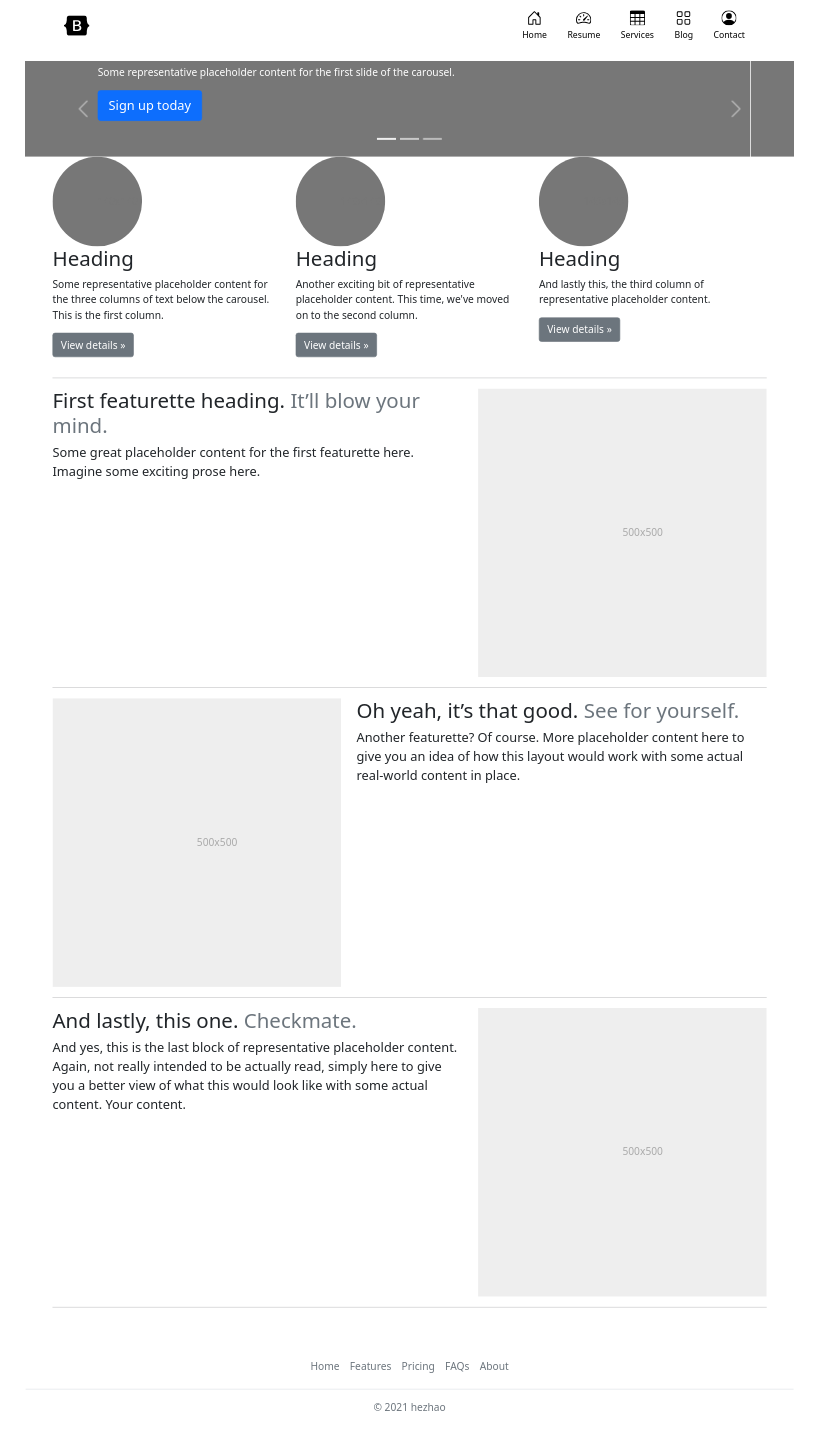
Repository: HeZhao-hugh/personal-web
Page: index.html
These files come from the project's save history. The page is drawn as it stood at one moment and after the next save; the edit follows.
The browser window is 1280 px wide. The pictures show the whole page, at 64% of full size.

Above is the page before, as saved 2022-01-19 18:09:02.

After the next save:
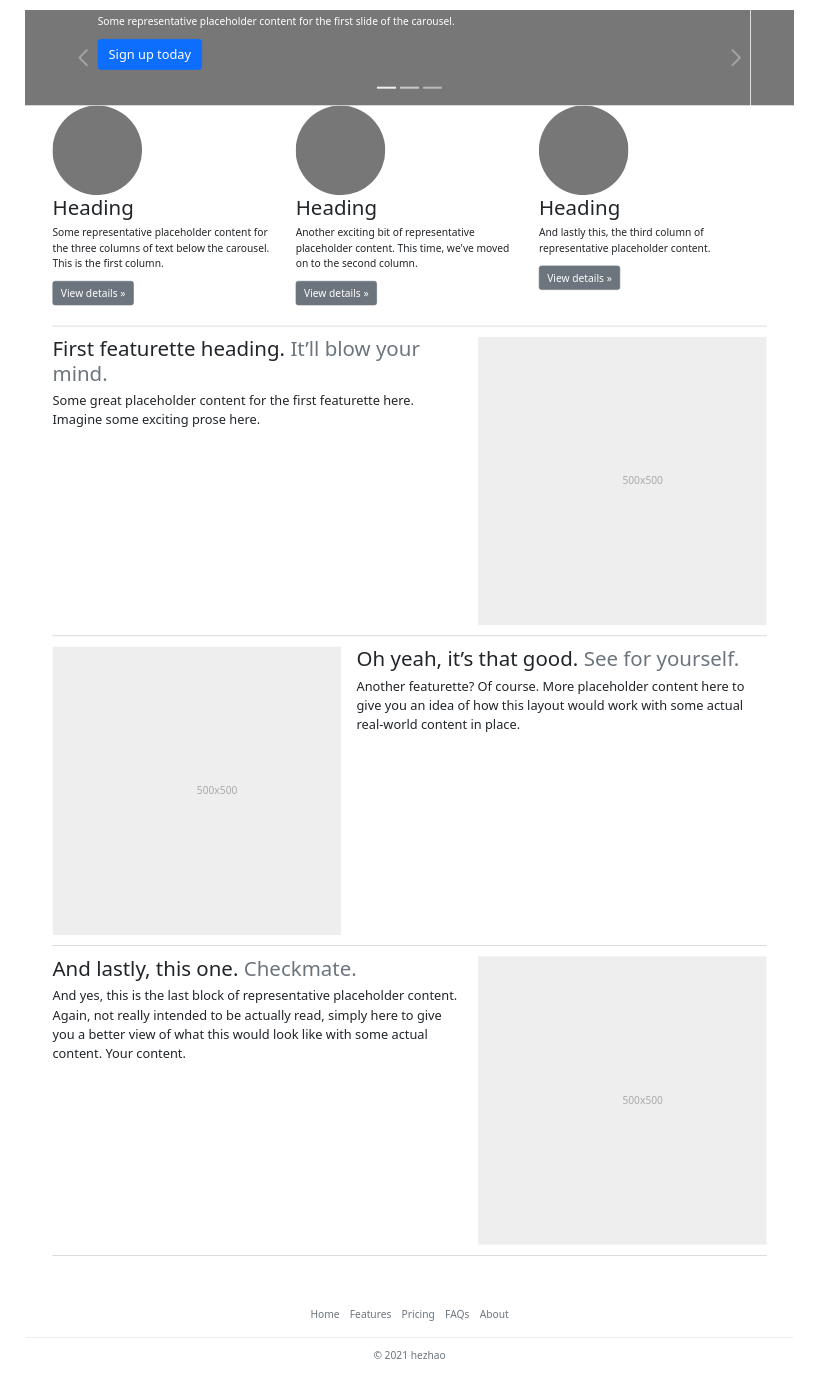
Saved 64 s later.
--- a/index.html
+++ b/index.html
@@ -51,7 +51,7 @@
 
     <main>
 
-        <header>
+        <!-- <header>
             <div class="px-5 py-2 bg-white text-black">
                 <div class="container">
                     <div class="d-flex flex-wrap align-items-center justify-content-center justify-content-lg-start">
@@ -102,7 +102,7 @@
                     </div>
                 </div>
             </div>
-        </header>
+        </header> -->
         <!-- pages -->
         <div class="pages">
             <!-- Home page -->
